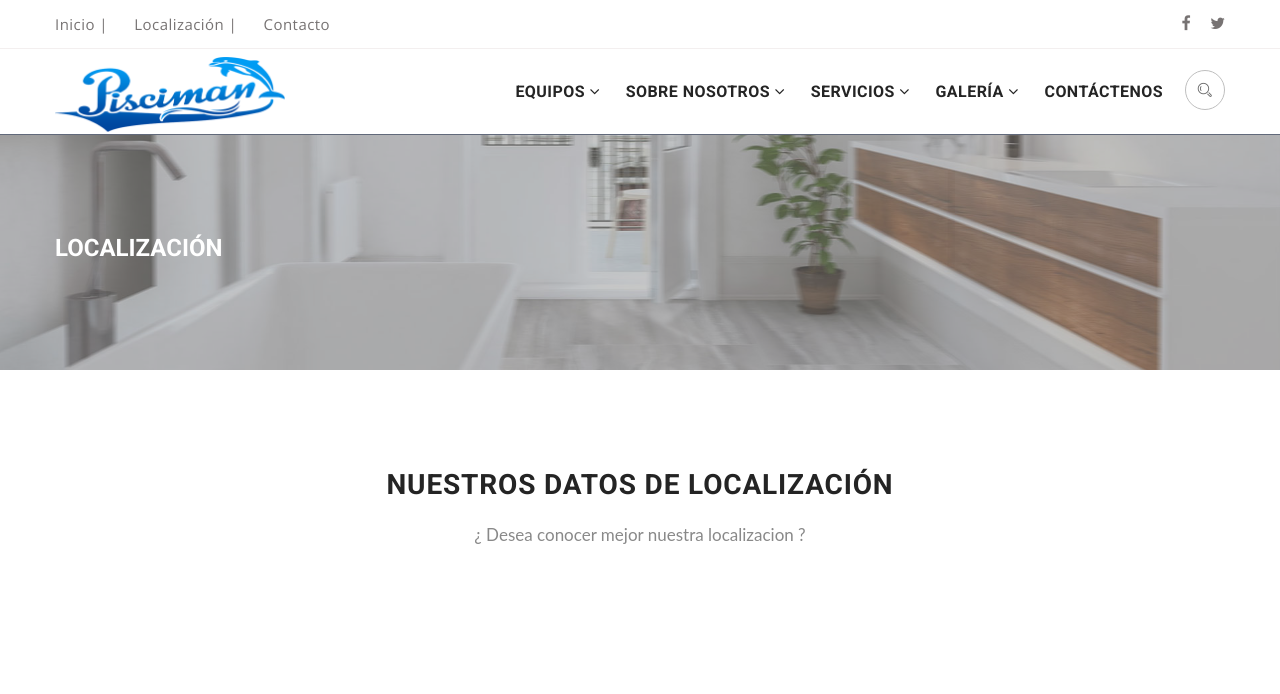
Repository: ghiovani666/piscinaMan
Page: http://localhost/localizacion.php
The author's editor kept a copy of each file at every save. The page is drawn from the files as they stood at one save, then again after the next save.
The browser window is 1280 px wide. The pictures show the part of the page from y = 0 to 694 px (the page is 1728 px tall).
Pictures or frames that could not be fetched are drawn as grey boxes. Some web libraries are served in a nearby version. The page is run by PHP 8.4 with error messages shown; the project is at /var/www/html/.

Above is the page before, as saved 2022-02-19 16:21:52.

### localizacion.php
<!DOCTYPE html>
<html lang="en">

<!-- Mirrored from codifystudioz.com/cs-theme/plumbor/Demo_2/index.html by HTTrack Website Copier/3.x [XR&CO'2014], Thu, 15 Jul 2021 17:00:32 GMT -->

<head>
    <meta charset="utf-8">
    <meta http-equiv="X-UA-Compatible" content="IE=edge">
    <meta name="viewport" content="width=device-width, initial-scale=1">

    <link rel="icon" href="img/fav-icon.png" type="image/x-icon" />
    <!-- The above 3 meta tags *must* come first in the head; any other head content must come *after* these tags -->
    <title>PISCINAS</title>

    <!-- Icon css link -->
    <!-- <link href="css/font-awesome.min.css" rel="stylesheet"> -->

    <!-- Bootstrap -->
    <link href="css/bootstrap.min.css" rel="stylesheet">
    <link rel="stylesheet" href="https://maxcdn.bootstrapcdn.com/font-awesome/4.4.0/css/font-awesome.min.css">
    <!-- Rev slider css -->
    <link href="vendors/revolution/css/settings.css" rel="stylesheet">
    <link href="vendors/revolution/css/layers.css" rel="stylesheet">
    <link href="vendors/revolution/css/navigation.css" rel="stylesheet">
    <link href="vendors/animate-css/animate.css" rel="stylesheet">
    <link href="vendors/owl-carousel/assets/owl.carousel.min.css" rel="stylesheet">
    <link href="vendors/magnific-popup/magnific-popup.css" rel="stylesheet">

    <!-- Extra plugin css -->
    <link href="vendors/stroke-icon/style.css" rel="stylesheet">
    <!-- <link rel="stylesheet" href="css/font-awesome.css"> -->

    <link href="css/style.css" rel="stylesheet">
    <link href="css/responsive.css" rel="stylesheet">
    <link href="css/responsive2.css" rel="stylesheet">

    <!-- HTML5 shim and Respond.js for IE8 support of HTML5 elements and media queries -->
    <!-- WARNING: Respond.js doesn't work if you view the page via file:// -->
    <!--[if lt IE 9]>
        <script src="https://oss.maxcdn.com/html5shiv/3.7.3/html5shiv.min.js"></script>
        <script src="https://oss.maxcdn.com/respond/1.4.2/respond.min.js"></script>
        <![endif]-->
</head>

<body>

    <?php include 'header.php'; ?>



    <!--================Banner Area =================-->
    <section class="banner_area_plane">
        <div class="container">
            <div class="banner_content">
                <h3>Localización</h3>
            </div>
        </div>
    </section>

    <!--================End Banner Area =================-->

    <!--================Contact Us Area =================-->
    <section class="contact_us_area">
        <div class="container">
            <div class="contact_us_inner">
                <div class="section_title">
                    <h2>Nuestros datos de Localización</h2>
                    <p style="text-align: center">¿ Desea conocer mejor nuestra localizacion ?</p>
                </div>

            </div>

        </div>
    </section>
    <!--================End Contact Us Area =================-->

    <!-- Start Map Section -->
    <div class="container-fluid">
        <div class="map-column col-md-12 col-sm-6 col-xs-12">
            <div class="inner-box">
                <div class="map-outer">
                    <!--Map Canvas-->
                    <iframe
                        src="https://www.google.com/maps/embed?pb=!1m18!1m12!1m3!1d805196.5079038654!2d144.4927068996644!3d-37.97015422631366!2m3!1f0!2f0!3f0!3m2!1i1024!2i768!4f13.1!3m3!1m2!1s0x6ad646b5d2ba4df7%3A0x4045675218ccd90!2sMelbourne+VIC%2C+Australia!5e0!3m2!1sen!2sin!4v1495807350985"
                        width="100%" height="450" frameborder="0" allowfullscreen></iframe>
                </div>
            </div>
        </div>
    </div>
    <!-- End Map Section -->

    <div class="zigjag-bg">
    </div>

    <?php include 'footer.php'; ?>





    <!-- jQuery (necessary for Bootstrap's JavaScript plugins) -->
    <script data-cfasync="false" src="../../../cdn-cgi/scripts/5c5dd728/cloudflare-static/email-decode.min.js"></script>
    <script src="js/jquery-2.2.4.js"></script>
    <!-- Include all compiled plugins (below), or include individual files as needed -->
    <script src="js/bootstrap.min.js"></script>
    <!-- Rev slider js -->
    <script src="vendors/revolution/js/jquery.themepunch.tools.min.js"></script>
    <script src="vendors/revolution/js/jquery.themepunch.revolution.min.js"></script>
    <script src="vendors/revolution/js/extensions/revolution.extension.video.min.js"></script>
    <script src="vendors/revolution/js/extensions/revolution.extension.slideanims.min.js"></script>
    <script src="vendors/revolution/js/extensions/revolution.extension.layeranimation.min.js"></script>
    <script src="vendors/revolution/js/extensions/revolution.extension.navigation.min.js"></script>

    <script src="vendors/owl-carousel/owl.carousel.min.js"></script>
    <script src="vendors/isotope/imagesloaded.pkgd.min.js"></script>
    <script src="vendors/isotope/isotope.pkgd.min.js"></script>
    <script src="vendors/magnific-popup/jquery.magnific-popup.min.js"></script>
    <script src="js/jquery.validate.min.js"></script>

    <script src="js/theme.js"></script>



</body>



<!-- Mirrored from codifystudioz.com/cs-theme/plumbor/Demo_2/index.html by HTTrack Website Copier/3.x [XR&CO'2014], Thu, 15 Jul 2021 17:01:12 GMT -->

</html>

### header.php
    <!--================Header Area =================-->
    <header class="main_header_area color_menu">
        <div class="header_top">
            <div class="container">
                <div class="header_top_inner">
                    <div class="pull-left">
                        <a href="index.php"> <span>Inicio | </span></a>
                        <a href="localizacion.php"><span>Localización | </span></a>
                        <a href="contact-us.php"><span>Contacto</span></a>

                    </div>
                    <div class="pull-right">
                        <ul class="header_social">
                            <li><a href="#"><i class="fa fa-facebook"></i></a></li>
                            <li><a href="#"><i class="fa fa-twitter"></i></a></li>
                        </ul>
                    </div>
                </div>
            </div>
        </div>
        <div class="header_menu">
            <nav class="navbar navbar-default">
                <div class="container">
                    <!-- Brand and toggle get grouped for better mobile display -->
                    <div class="navbar-header">
                        <button type="button" class="navbar-toggle collapsed" data-toggle="collapse"
                            data-target="#bs-example-navbar-collapse-1" aria-expanded="false">
                            <span class="sr-only">Toggle navigation</span>
                            <span class="icon-bar"></span>
                            <span class="icon-bar"></span>
                            <span class="icon-bar"></span>
                        </button>
                        <a class="navbar-brand" href="#"><img src="img/resource/piscina_logo.png" alt=""></a>
                    </div>

                    <!-- Collect the nav links, forms, and other content for toggling -->
                    <div class="collapse navbar-collapse" id="bs-example-navbar-collapse-1">
                        <ul class="nav navbar-nav">
                        <li class="submenu dropdown">
                                <a href="#" class="dropdown-toggle" data-toggle="dropdown" role="button"
                                    aria-haspopup="true" aria-expanded="false">Equipos <i
                                        class="fa fa-angle-down"></i></a>
                                <ul class="dropdown-menu">
                                    <li class="submenu"><a href="about-us.php">Bombas de Calor</a></li>
                                    <li class="submenu"><a href="about-us.php">Bombas dosificdora de P.H.</a></li>
                                    <li class="submenu"><a href="about-us.php">Cloradores Salinos</a></li>
                                    <li class="submenu"><a href="about-us.php">Filtros</a></li>
                                    <li class="submenu"><a href="about-us.php">Robots</a></li>
                                    <li class="submenu"><a href="about-us.php">Recambios</a></li>
                                    <li class="submenu"><a href="about-us.php">Luces</a></li>
                                    <li class="submenu"><a href="about-us.php">Químicos</a></li>
                                </ul>
                            </li>
                            <li class="submenu dropdown">
                                <a href="#" class="dropdown-toggle" data-toggle="dropdown" role="button"
                                    aria-haspopup="true" aria-expanded="false">Sobre Nosotros <i
                                        class="fa fa-angle-down"></i></a>
                                <ul class="dropdown-menu">
                                    <li class="submenu"><a href="about-us.php">Sobre Nosotros</a></li>
                                </ul>
                            </li>
                            <li class="submenu dropdown">
                                <a href="#" class="dropdown-toggle" data-toggle="dropdown" role="button"
                                    aria-haspopup="true" aria-expanded="false">Servicios <i
                                        class="fa fa-angle-down"></i></a>
                                <ul class="dropdown-menu">
                                    <li><a href="service.php">Todos lo Servicios</a></li>

                                    <li class="nav-item">
                                        <a href="service.php" class="nav-link">Cambio de Arena</a>
                                    </li>
                                    <li class="nav-item">
                                        <a href="service.php" class="nav-link">Cambios de filtro</a>
                                    </li>

                                    <li class="nav-item">
                                        <a href="service.php" class="nav-link">Reparaciones en general</a>
                                    </li>

                                    <li class="nav-item">
                                        <a href="service.php" class="nav-link">Instalaciones en general</a>
                                    </li>
                                    <li class="nav-item">
                                        <a href="service.php" class="nav-link">Proyectos piscinas</a>
                                    </li>
                                    <li class="nav-item">
                                        <a href="service.php" class="nav-link">Mantenimientos anuales</a>
                                    </li>



                                </ul>
                            </li>
                            <li class="submenu dropdown">
                                <a href="#" class="dropdown-toggle" data-toggle="dropdown" role="button"
                                    aria-haspopup="true" aria-expanded="false">Galería <i
                                        class="fa fa-angle-down"></i></a>
                                <ul class="dropdown-menu">
                                    <li><a href="gallery-lightbox.php">Galería Piscinas</a></li>
                                </ul>
                            </li>

                            <!-- <li class="submenu dropdown">
                                <a href="#" class="dropdown-toggle" data-toggle="dropdown" role="button"
                                    aria-haspopup="true" aria-expanded="false">Blog <i class="fa fa-angle-down"></i></a>
                                <ul class="dropdown-menu">
                                    <li><a href="blog.html">Blog</a></li>
                                    <li><a href="blog-details.html">Blog Detalle</a></li>
                                </ul>
                            </li> -->
                            <li><a href="contact-us.php">Contáctenos</a></li>
                        </ul>
                        <ul class="nav navbar-nav navbar-right">
                            <li class="search_dropdown">
                                <a href="#"><i class="icon icon-Search"></i></a>
                                <ul class="search">
                                    <li>
                                        <form action="#" method="get" class="search-form">
                                            <div class="input-group">
                                                <input type="search" class="form-control" placeholder="Search for">
                                                <span class="input-group-addon">
                                                    <button type="submit"><i class="icon icon-Search"></i></button>
                                                </span>
                                            </div>
                                        </form>
                                    </li>
                                </ul>
                            </li>
                        </ul>
                    </div><!-- /.navbar-collapse -->
                </div><!-- /.container-fluid -->
            </nav>
        </div>
    </header>
    <!--================Header Area =================-->

### css/page-css/testimonials-page-style.css
/* Start Testimonial Page Css */



.testimonial-page{

  padding: 100px 0 70px;

}

.testimonial{

    border-left: 4px solid #2a58ad;

    box-shadow: 5px 5px 6px rgba(0, 0, 0, 0.06);

    padding: 30px 30px 30px 130px;

    margin: 0 15px 30px 15px;

    overflow: hidden;

    position: relative;

}

.testimonial:before{

    content: "";

    position: absolute;

    bottom: 0;

    right: 0;

    border-top: 25px solid #2a58ad;

    border-left: 25px solid transparent;

    border-right: 25px solid transparent;

    transform: rotate(-45deg);

    transform-origin: 80% -30% 0;

}

.testimonial .pic{

    display: inline-block;

    width: 80px;

    height: 80px;

    border-radius: 50%;

    overflow: hidden;

    position: absolute;

    top: 60px;

    left: 20px;

}

.testimonial .pic img{

    width: 100%;

    height: auto;

}

.testimonial .description{

    font-size: 15px;

    font-style: italic;

    color: #918686;

    line-height: 25px;

    margin-bottom: 15px;

}

.testimonial .title{

    display: inline-block;

    font-size: 20px;

    font-weight: 700;

    color: #2a58ad;

    margin: 0;

}

.testimonial .post{

    display: inline-block;

    font-size: 17px;

    color: #000;

}



@media only screen and (max-width: 767px){

    .testimonial{

        padding: 20px;

        text-align: center;

    }

    .testimonial .pic{

        display: block;

        position: static;

        margin: 0 auto 15px;

    }

}

### css/page-css/faq-page-style.css
/* start faq page css*/



.faq_ques .panel.panel-default {

  border-radius: 0px;

  border-color: #dedede;

  margin-top: 10px;

}



.faq_ques .panel.panel-default:first-child {

  margin-top: 0px;

}



.faq_ques .panel.panel-default .panel-heading {

  padding: 0px;

  border-radius: 0px;

}



.faq_ques .panel.panel-default .panel-heading .panel-title a {

  line-height: 52px;

  padding: 0px 15px;

  background: #fff;

  display: block;

  font-size: 20px;

  color: #242424;

  letter-spacing: .54px;

  background-color: #eaeaea;

  font-weight: 500;

}



.faq_ques .panel.panel-default .panel-heading .panel-title a i {

  height: 28px;

  width: 28px;

  text-align: center;

  background: transparent;

  display: inline-block;

  line-height: 28px;

  color: #FFF;

  font-size: 10px;

  margin-right: 20px;

  background: #000;

  margin-top: 14px;

  float: right;

}



.faq_ques .panel.panel-default .panel-heading .panel-title a .fa-plus {

  display: none;

}



.faq_ques .panel.panel-default .panel-heading .panel-title a .fa-minus {

  display: inline-block;

  background: #000;

  color: #fff;

  float: right;

}



.faq_ques .panel.panel-default .panel-heading .panel-title a.collapsed .fa-plus {

  display: inline-block;

}



.faq_ques .panel.panel-default .panel-heading .panel-title a.collapsed .fa-minus {

  display: none;

}



.faq_ques .panel.panel-default .panel-collapse .panel-body {

  border-top: 0px;

  padding: 15px 15px 15px 15px;

  font-size: 15px;

  line-height: 26px;

  color: #000;

  letter-spacing: .45px;

}



/*-- End faq page css --*/



/* Start responsive css*/

@media (max-width: 480px){

  .faq_ques .panel.panel-default .panel-heading .panel-title a i {

    margin-right: 8px;

  }

  .faq_ques .panel.panel-default .panel-collapse .panel-body {

    padding: 5px 35px 35px 52px;

  }

  .faq_ques .panel.panel-default .panel-heading .panel-title a {

    line-height: 24px;

    padding: 10px 15px 10px 50px;

    position: relative;

    font-size: 14px;

  }

  .faq_ques .panel.panel-default .panel-heading .panel-title a i {

    position: absolute;

    left: 10px;

    top: 50%;

    transform: translateY(-50%);

    margin: 0;

  }

    /*end faq*/

}

### css/page-css/footer-one.css


/* start fotter css */



.pt-80 {



    padding-top: 80px;



}

.mb-60 {



    margin-bottom: 60px;



}

.ptb-60 {



    padding-top: 20px;

    padding-bottom: 20px;



}



.footer {

    background-color: #2c2c2c;

    color: #323232;

    position: relative;

    width: 100%;

    display: block;

}

.footer hr {

    border-color: #eee;

}

.footer h3{

  margin: 0;

  padding-bottom: 35px;

  font-size: 18px;

  font-weight: bold;

  text-transform: uppercase;

  color: #FFF;

  text-align: left;

  letter-spacing: 1px;

  font-family: "Raleway",sans-serif;

}

.footer ul.quick-links{



}

.footer ul.quick-links li{

    list-style: none;

}

.footer .quick-links li a {

  font-size: 15px;

  line-height: 16px;

  color: #cfcfce;

  margin-bottom: 15px;

  display: block;

  font-weight: normal;

  list-style: none;

  text-transform: capitalize;

}

.footer .quick-links li a:hover {

  color: #cfcfce;

}

.footer .quick-links li a:before {

 content: '\f105';

 font-family: 'fontawesome';

 margin-right: 12px;

 color: #cfcfce;

}

.footer .textwidget{

  width: 100%;

  margin-bottom: 15px;

  float: left;

}

.footer-logo {

    max-width: 125px;

    display: inline-block;

    width: 100%;

    margin-bottom: 30px;

}



.footer .textwidget-icon {

  width: auto;

  float: left;

  font-size: 20px;

  color: #FFF;

  margin-right: 14px;

  border: 1px solid #FFF;

  border-radius: 50%;

  width: 35px;

  height: 35px;

  text-align: center;

  line-height: 34px;

}

.footer .mail-icon {

  float: left;

  font-size: 14px;

  color: #FFF;

  margin-right: 14px;

  border: 1px solid #FFF;

  border-radius: 50%;

  width: 35px;

  height: 35px;

  text-align: center;

  line-height: 34px;

}

.footer .info-detail {

  width: auto;

  padding: 0 26px 0 29px;

}

.footer .info-detail p{

  padding:0 0 0 0;

  margin: 0;

  font-size: 16px;

  color: #cfcfce;

  font-weight: 400;

  /*line-height: 18px;*/

  display: table;

}

.footer .info-detail a{



  font-size: 16px;

  color: #cfcfce;

}

.footer .social-links {

  width: auto;

  margin-top: 0px;

}

.footer .social-links a {

  position: relative;

  display: inline-block;

  width: 36px;

  height: 36px;

  text-align: center;

  background: #FFF;

  color: #000;

  font-size: 16px;

  line-height: 36px;

  margin: 9px 2px 0px;

  border-radius: 70px;

  transition: all 500ms ease-out 0s;

}

.footer .social-links a:hover {

  background: #e23c2a;

  transition: all 300ms ease-out 0s;

  color: #FFF;

}





.footer .copyright {

    text-align: center;

   /* background-color: #333333;*/

   background-color: #202020;

}

.footer .copyright p{

    color: #FFF;

    text-align: center;

}

.footer .copyright a{

    color: #cfcfce;

    font-weight: 500;

}



@media (min-width: 768px) and (max-width: 991px) {

  .mb-sm-30 {

    margin-bottom: 30px;

  }



  .footer ul.quick-links {

    margin: 0;

    padding: 0;

}

    }



@media only screen and (min-width: 320px) and (max-width: 640px) {



.mb-sm-30 {



    margin-bottom: 30px;



}

  .footer ul.quick-links {

    margin: 0;

    padding: 0;

  }

  .footer .quick-links li a{

    display: table;

  }

  .footer .social-links{

    float: left;

  }



}

@media only screen and (max-width: 320px) {



  .footer .social-links{

    float: left;

  }

}

Loaded but not shown: css/bootstrap.min.css (library); vendors/revolution/css/settings.css (library); vendors/revolution/css/layers.css (library); vendors/revolution/css/navigation.css (library); vendors/animate-css/animate.css (library); vendors/owl-carousel/assets/owl.carousel.min.css (common file); vendors/magnific-popup/magnific-popup.css (library); vendors/stroke-icon/style.css (library); js/jquery-2.2.4.js (library); js/bootstrap.min.js (library); vendors/revolution/js/jquery.themepunch.tools.min.js (library); vendors/revolution/js/jquery.themepunch.revolution.min.js (library); vendors/revolution/js/extensions/revolution.extension.video.min.js (library); vendors/revolution/js/extensions/revolution.extension.slideanims.min.js (library); vendors/revolution/js/extensions/revolution.extension.layeranimation.min.js (library); vendors/revolution/js/extensions/revolution.extension.navigation.min.js (library); vendors/owl-carousel/owl.carousel.min.js (library); vendors/isotope/imagesloaded.pkgd.min.js (library); vendors/isotope/isotope.pkgd.min.js (library); vendors/magnific-popup/jquery.magnific-popup.min.js (library); js/jquery.validate.min.js (library); css/animate.css (library); js/theme.js (1849 lines, source omitted); css/hover.css (4879 lines, source omitted); css/style.css (1824 lines, source omitted); css/page-css/header.css (2627 lines, source omitted); css/page-css/blog-pages-style.css (1433 lines, source omitted); css/responsive.css (596 lines, source omitted); css/page-css/priceing.css (436 lines, source omitted); css/page-css/services-page-style.css (627 lines, source omitted); footer.php (99 lines, source omitted); css/page-css/team-page-style.css (403 lines, source omitted); css/responsive2.css (235 lines, source omitted); css/page-css/contact-page-style.css (371 lines, source omitted)

After the next save:
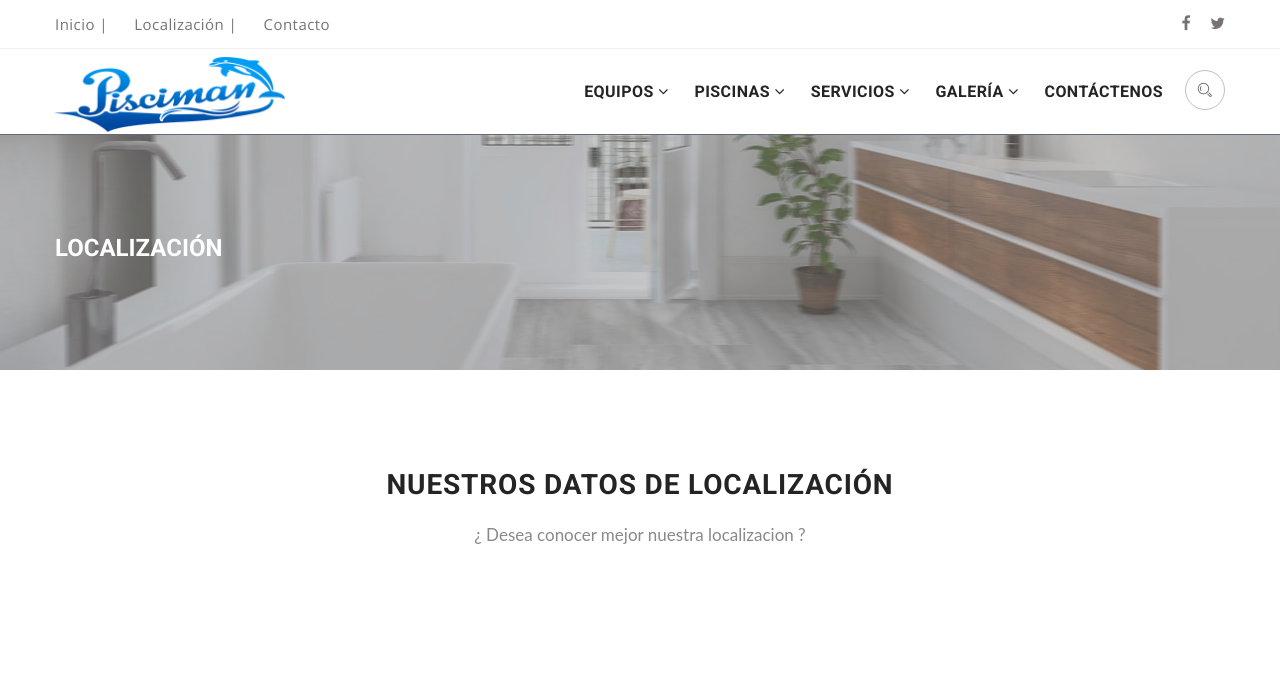
Saved 2 min 22 s later.
--- a/header.php
+++ b/header.php
@@ -36,7 +36,7 @@
                     <!-- Collect the nav links, forms, and other content for toggling -->
                     <div class="collapse navbar-collapse" id="bs-example-navbar-collapse-1">
                         <ul class="nav navbar-nav">
-                        <li class="submenu dropdown">
+                            <li class="submenu dropdown">
                                 <a href="#" class="dropdown-toggle" data-toggle="dropdown" role="button"
                                     aria-haspopup="true" aria-expanded="false">Equipos <i
                                         class="fa fa-angle-down"></i></a>
@@ -53,10 +53,12 @@
                             </li>
                             <li class="submenu dropdown">
                                 <a href="#" class="dropdown-toggle" data-toggle="dropdown" role="button"
-                                    aria-haspopup="true" aria-expanded="false">Sobre Nosotros <i
+                                    aria-haspopup="true" aria-expanded="false">Piscinas <i
                                         class="fa fa-angle-down"></i></a>
                                 <ul class="dropdown-menu">
-                                    <li class="submenu"><a href="about-us.php">Sobre Nosotros</a></li>
+                                    <li class="submenu"><a href="about-us.php">Piscinas de Fibra</a></li>
+                                    <li class="submenu"><a href="about-us.php">Piscinas de Obra</a></li>
+                                    <li class="submenu"><a href="about-us.php">Jacuzzis</a></li>
                                 </ul>
                             </li>
                             <li class="submenu dropdown">
